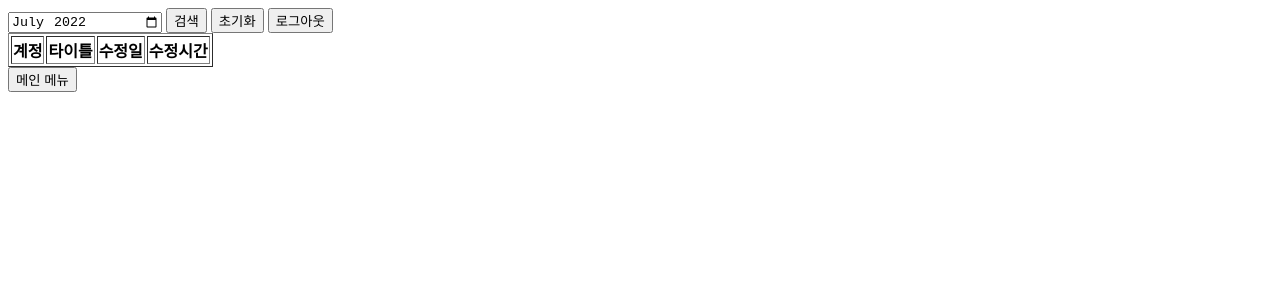
Repository: Rysdne/01_Java
Page: http://localhost/WildcatTest/list/listAll.jsp
The author's editor kept a copy of each file at every save. The page is drawn from the files as they stood at one save, then again after the next save.
The browser window is 1280 px wide. The pictures show the whole page.
The page is served by Tomcat 9. Queries for data that is not in the repository find no rows.

Above is the page before, as saved 2022-07-15 02:10:25.

### WildcatTest/src/main/webapp/list/listAll.jsp
<%@page import="java.time.format.DateTimeFormatter"%>
<%@page import="java.time.LocalDate"%>
<%@page import="javax.naming.spi.DirStateFactory.Result"%>
<%@ page language="java" contentType="text/html; charset=UTF-8"
	pageEncoding="UTF-8"%>
<%@ page import="java.sql.*"%>
<script src="/WildcatTest/jquery-3.6.0.min.js"></script>
<%
request.setCharacterEncoding("utf-8");
%>
<!DOCTYPE html>
<html>
<head>
<meta charset="UTF-8">
<title>Insert title here</title>
<script>
	$(document).ready(function() {

		var now = new Date();
		var splitYear = now.getFullYear();
		var splitMonth = ("0" + (now.getMonth() + 1)).slice(-2);
		var currentMonth = splitYear + "-" + splitMonth;
		$('#month').val(currentMonth);

		$('tr').click(function() {
			var idx = $(this).find("td").eq(0).text();
			var id = $(this).find("td").eq(1).text();
			var title = $(this).find("td").eq(2).text();
			location.href = "/WildcatTest/io/overwrite.jsp?idx=" + idx + "&id=" + id + "&title=" + title;
		});

		$('#listMonth').click(function() {
			var i = 0;
			var _month = $('#month').val();
			var mArray = _month.split("-");
			var selectMonth = mArray[0] + "-"
					+ mArray[1];
			var idxMonth = mArray[0] + mArray[1];
			var url = "listMonth.jsp?selectMonth="
					+ selectMonth + "&idxMonth="
					+ idxMonth;
			location.href = url;
		});
	});
</script>
<style>
a {
	color: black;
	text-decoration: none;
}

#tBody:hover {
	color: white;
	background-color: gray;
}

.idxHidden>*:first-child {
	display: none;
}
</style>
</head>
<body>
	<%
	Class.forName("oracle.jdbc.driver.OracleDriver");
	Connection conn = DriverManager.getConnection("jdbc:oracle:thin:@localhost:1521:xe", "rysdne", "3882");

	String sql = "select * from WildcatTest where id=? order by idx desc";
	PreparedStatement pstmt = conn.prepareStatement(sql);
	pstmt.setString(1, (String)session.getAttribute("id"));
	ResultSet rs = pstmt.executeQuery();
	%>
		<input type="month" id="month" name="month"> <input
			type="button" id="listMonth" value="검색">
		<button onclick="location.href='listAll.jsp'">초기화</button>
		<button onclick='location.href="/WildcatTest/login/logout.jsp"'>로그아웃</button>

	</div>
	<table border="1">
		<tr class="idxHidden">
			<th>idx</th>
			<th>계정</th>
			<th>타이틀</th>
			<th>수정일</th>
			<th>수정시간</th>
		</tr>
		<%
		while (rs.next()) {
		%>
		<tr id="tBody" class="idxHidden">
			<td><%=rs.getLong("idx")%></td>
			<td><%=rs.getString("id")%></td>
			<td><%=rs.getString("title")%></td>
			<td><%=rs.getString("cdate")%></td>
			<td><%=rs.getString("ctime")%></td>
		</tr>
		<%
		}

		pstmt.close();
		conn.close();
		%>
	</table>
	<button onclick="location.href='/WildcatTest/index.jsp'">메인 메뉴</button>
</body>
</html>

Loaded but not shown: WildcatTest/src/main/webapp/jquery-3.6.0.min.js (library)

After the next save:
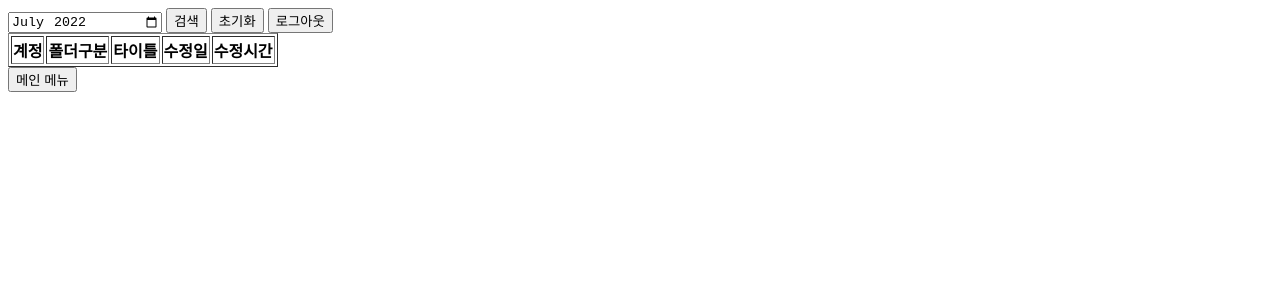
Saved 55 s later.
--- a/WildcatTest/src/main/webapp/list/listAll.jsp
+++ b/WildcatTest/src/main/webapp/list/listAll.jsp
@@ -79,6 +79,7 @@ a {
 		<tr class="idxHidden">
 			<th>idx</th>
 			<th>계정</th>
+			<th>폴더구분</th>
 			<th>타이틀</th>
 			<th>수정일</th>
 			<th>수정시간</th>
